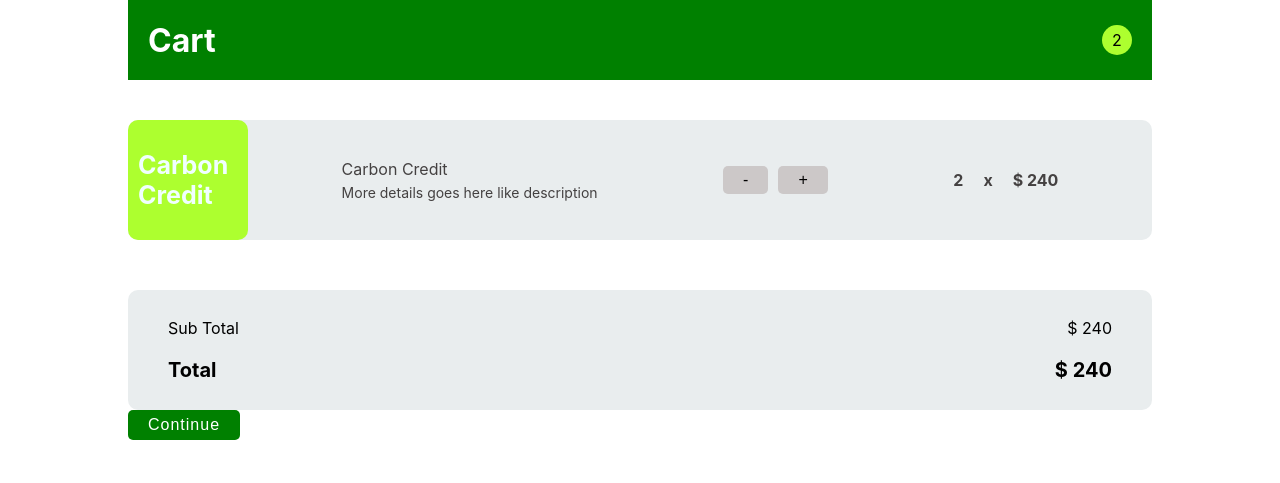
Repository: Yowani24/CarbonApp
Page: /cart
An editor plug-in stored every save of this project. The page is shown before and after a run of saves, followed by the edit.
The browser window is 1280 px wide. The pictures show the whole page.
The project was rebuilt for these pictures with package versions that can differ from the ones it lists, and the page was loaded fresh each time. The framework's server and built-in components were replaced by stand-ins that run in the browser. Also part of the build but not shown: next.config.js.

Above is the page before, as saved 2021-09-26 21:13:55.

### pages/_app.js
import '../styles/globals.css'
import Cart from './cart';

function MyApp({ Component, pageProps }) {
  return (
    <>
      <Component {...pageProps} />
    </>
  );
}

export default MyApp

### pages/cart/index.js
import React from 'react';
import Head from 'next/head'

import styles from './Cart.module.css'

export default function Cart(props) {
    return (
        <>
          <Head>
              <title>Cart</title>
          </Head>
          <header>
              <div className={styles.interface}>
                    <div className={styles.header_content}>
                        <h1>Cart</h1>
                        <p>2</p>
                    </div>
              </div>
          </header>

          <section>
              <div className={styles.interface}>
                  <div className={styles.boxes}>
                      <div className={styles.content_box}>
                          <div className={styles.box}>
                              <h3>Carbon Credit</h3>
                          </div>

                          <div className={styles.product_details}>
                            <div className={styles.description}>
                                <p>Carbon Credit</p>
                                <p>More details goes here like description</p>
                            </div>

                            <div className={styles.quantity_controls}>
                                <button>-</button>
                                <button>+</button>
                            </div>

                            <div className={styles.current_money}>
                                <p>2</p>
                                <span>x</span>
                                <p>$ 240</p>
                            </div>
                          </div>
                      </div>
                  </div>

                  <div className={styles.total_to_pay_box}>
                      <span>
                          <p>Sub Total</p>
                          <p>$ 240</p>
                      </span>
                      <span>
                          <p>Total</p>
                          <p>$ 240</p>
                      </span>
                  </div>

                  <div className={styles.button_box}>
                      <button>Continue</button>
                  </div>
              </div>
          </section>
        </>
    )
}

### styles/globals.css
html,
body {
  padding: 0;
  margin: 0;
  font-family: -apple-system, BlinkMacSystemFont, Segoe UI, Roboto, Oxygen,
    Ubuntu, Cantarell, Fira Sans, Droid Sans, Helvetica Neue, sans-serif;
}

a {
  color: inherit;
  text-decoration: none;
}

* {
  margin: 0;
  box-sizing: border-box;
}

### pages/cart/Cart.module.css
.interface{
    width: 80%;
    margin: 0 auto;
}
.header_content{
    display: flex;
    justify-content: space-between;
    align-items: center;
    height: 80px;
    padding: 0 20px;
    background: green;
}
.header_content h1{
    color: #FFFFFF;
}
.header_content p{
    background: greenyellow;
    display: flex;
    justify-content: center;
    align-items:center;
    width: 30px;
    height: 30px;
    border-radius: 100%;
}


.boxes{
    margin-top: 40px;
}
.content_box{
    width: 100%;
    height: 120px;
    background:rgb(233, 237, 238);
    border-radius: 10px;

    display: flex;
    align-items:center;
}
.box{
    width: 120px;
    background: greenyellow;
    height: 100%;
    border-radius: 10px;

    display: flex;
    justify-content: center;
    align-items: center;
}
.box h3{
    font-size: 25px;
    width: 100px;
    color: azure;
}
.product_details{
    display: flex;
    justify-content: space-between;
    align-items: center;
    width: 70%;
    margin: 0 auto;
    color: hsl(0, 2%, 26%);
}
.description p:nth-child(2){
    margin-top: 5px;
    font-size: 14px;
}
.quantity_controls button{
    border: none;
    padding: 5px 20px;
    margin: 0 5px;
    border-radius: 5px;
    font-size: 16px;
    background: rgb(204, 200, 200);
}
.quantity_controls button:active{
    background: rgb(148, 146, 146);
}
.current_money{
    display: flex;
    font-size: 16px;
    font-weight: bold;
}
.current_money span{
    padding: 0 20px;
}

.total_to_pay_box{
    width: 100%;
    height: 120px;
    background:rgb(233, 237, 238);
    border-radius: 10px;

    display: flex;
    flex-direction: column;
    justify-content: center;
    margin-top: 50px;
    padding: 0 40px;
}

.total_to_pay_box span{
    display: flex;
    justify-content: space-between;
    margin: 10px 0;
}
.total_to_pay_box span:nth-child(2){
    font-weight: bold;
    font-size: 20px;
}
.button_box button{
    border: none;
    background: green;
    padding: 6px 20px;
    font-size: 16px;
    color: #FFFFFF;
    letter-spacing: 1px;
    border-radius: 5px;
}

After the next 3 saves:
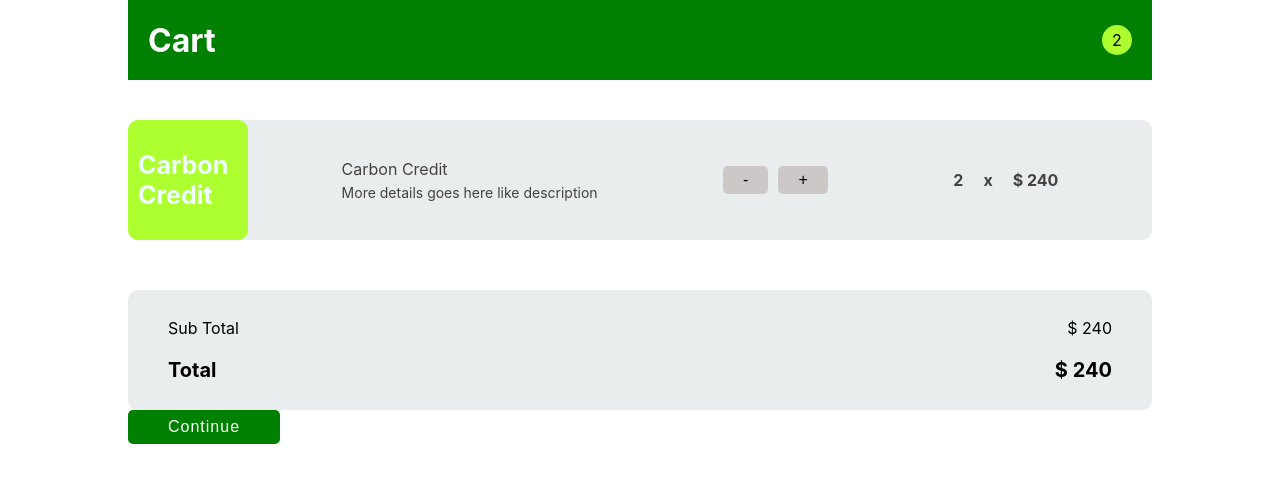
The 3 saves are shown as one change because they came seconds apart.
The last was saved 13 s later.
--- a/pages/cart/Cart.module.css
+++ b/pages/cart/Cart.module.css
@@ -108,7 +108,7 @@
 .button_box button{
     border: none;
     background: green;
-    padding: 6px 20px;
+    padding: 8px 40px;
     font-size: 16px;
     color: #FFFFFF;
     letter-spacing: 1px;
